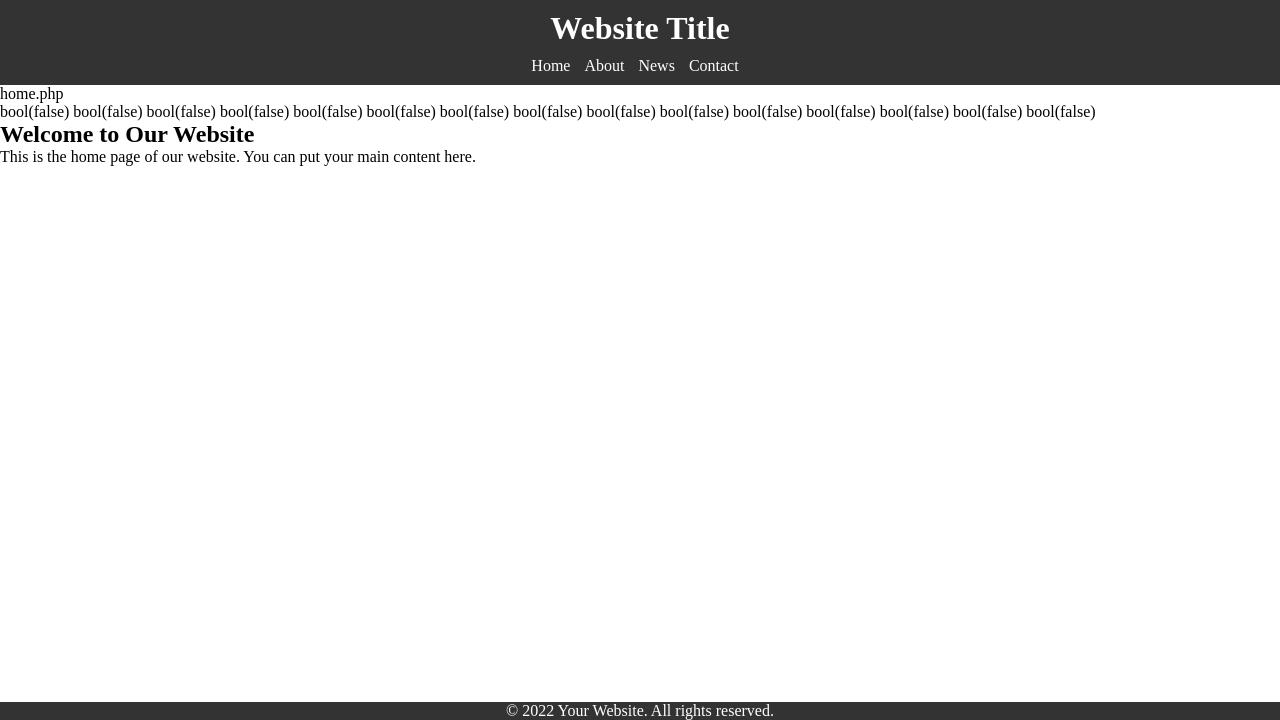
Repository: KHANHD192/Docker_lab
Page: http://localhost/?file=home.php
An editor plug-in stored every save of this project. The page is shown before and after the next save, followed by the edit.
The browser window is 1280 px wide. The pictures show the whole page.
The page is run by PHP 8.4 with error messages shown; the project is at /var/www/html/.

Above is the page before, as saved 2024-04-08 16:50:47.

After the next save:
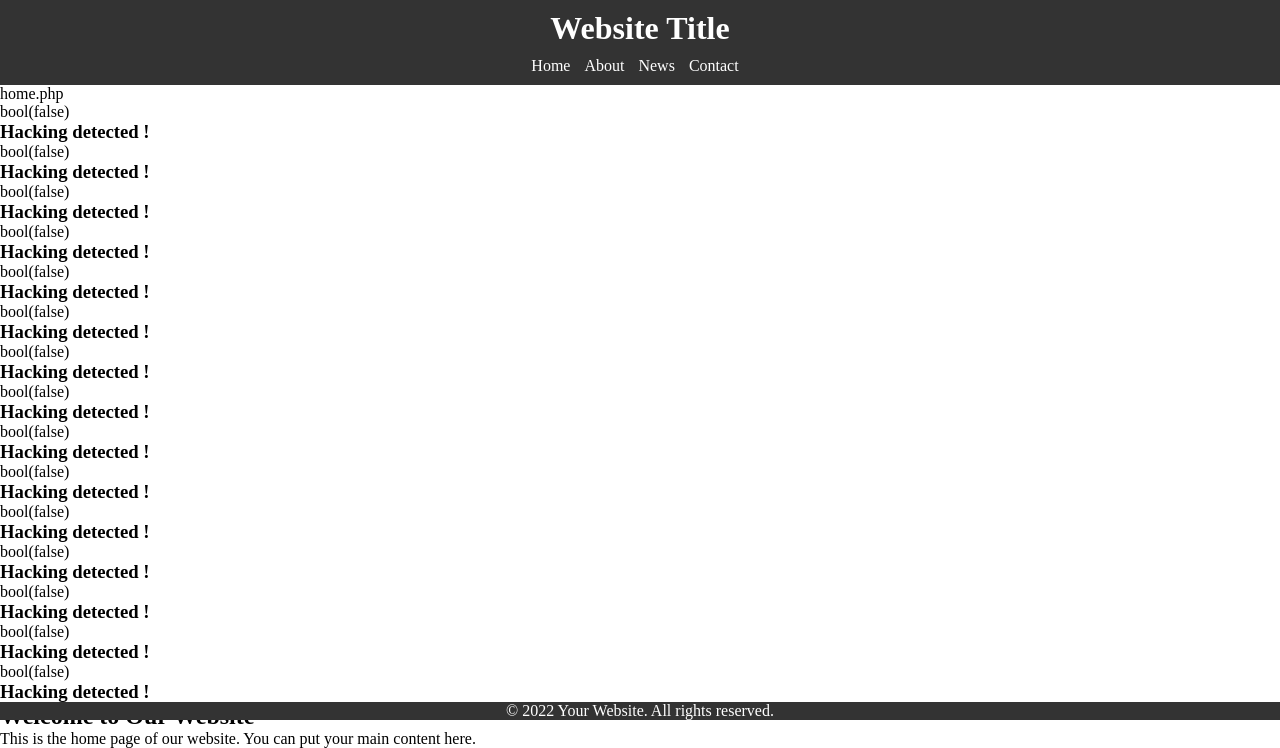
Saved 18 s later.
--- a/src/index.php
+++ b/src/index.php
@@ -99,7 +99,7 @@
             // echo $item;
             var_dump(stripos($path,$item));
             if(stripos($path,$item) >=0 ){
-                //     echo "<h3>Hacking detected !</h3>";
+                    echo "<h3>Hacking detected !</h3>";
                 //     echo "</br>";
                 // exit();
             }
